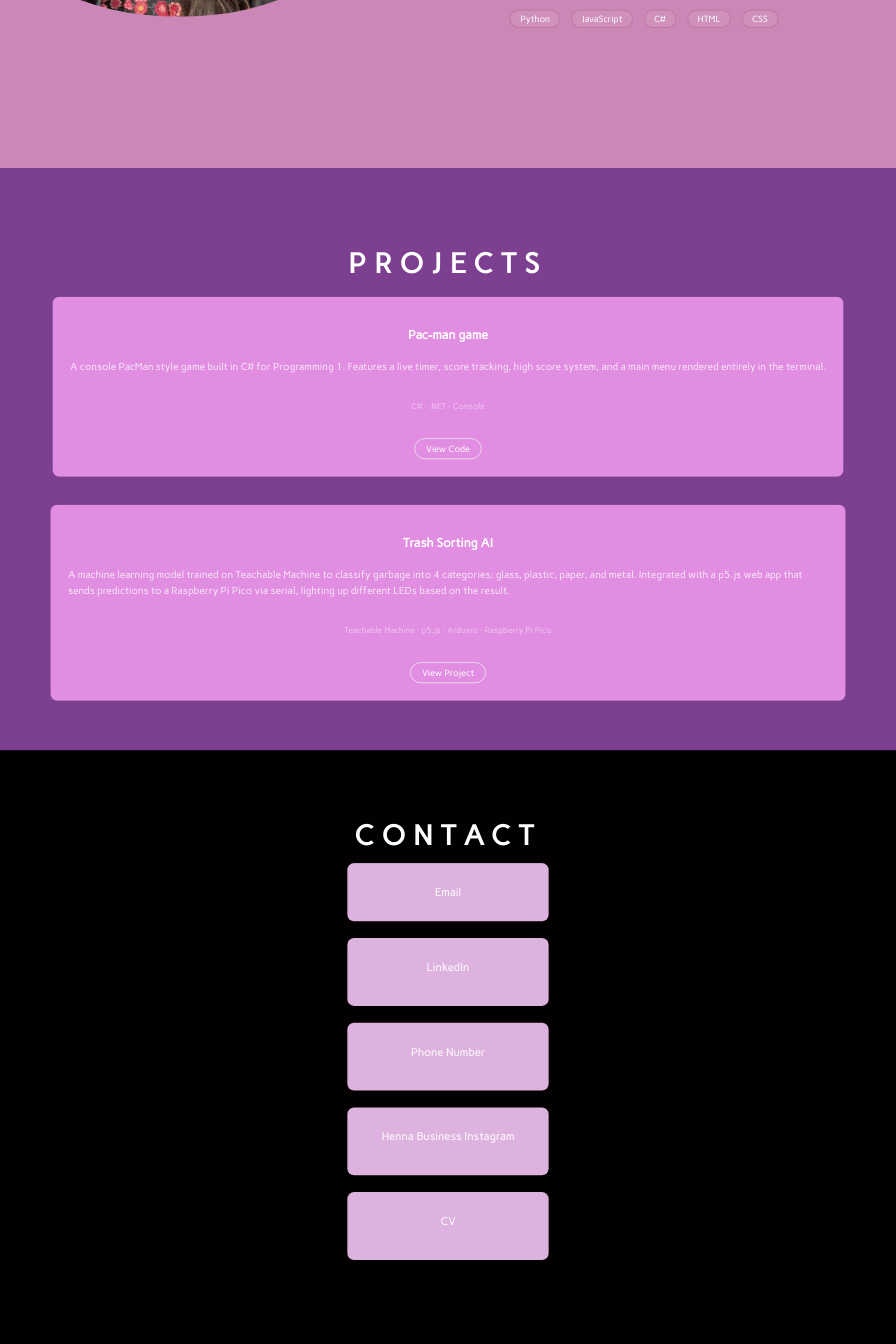
Repository: Rameen-A/Rameen-A
Page: index.html
The author's editor kept a copy of each file at every save. The page is drawn from the files as they stood at one save, then again after the next save.
The browser window is 1280 px wide. The pictures show the part of the page from y = 1240 to 3160 px (the page is 3160 px tall), at 70% of full size.

Above is the page before, as saved 2026-05-07 22:42:42.

After the next save:
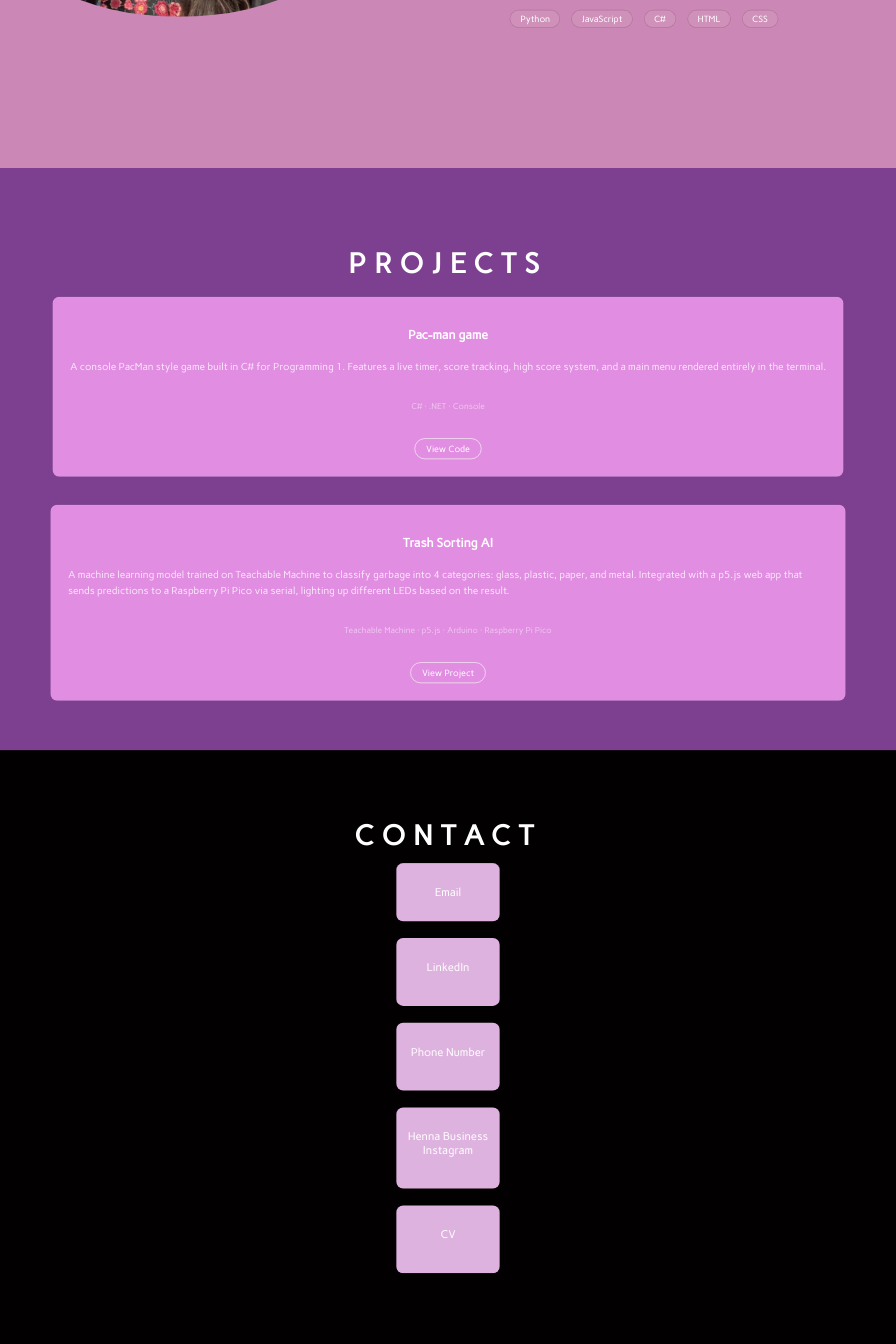
Saved 4 min 20 s later.
--- a/styles/index.css
+++ b/styles/index.css
@@ -320,4 +320,8 @@
   .contact h2 {
     font-size: 2.5rem;
   }
-}
+  .contact-card {
+    width: 40%;
+    max-width: 24rem;
+  }
+}

After the save that followed:
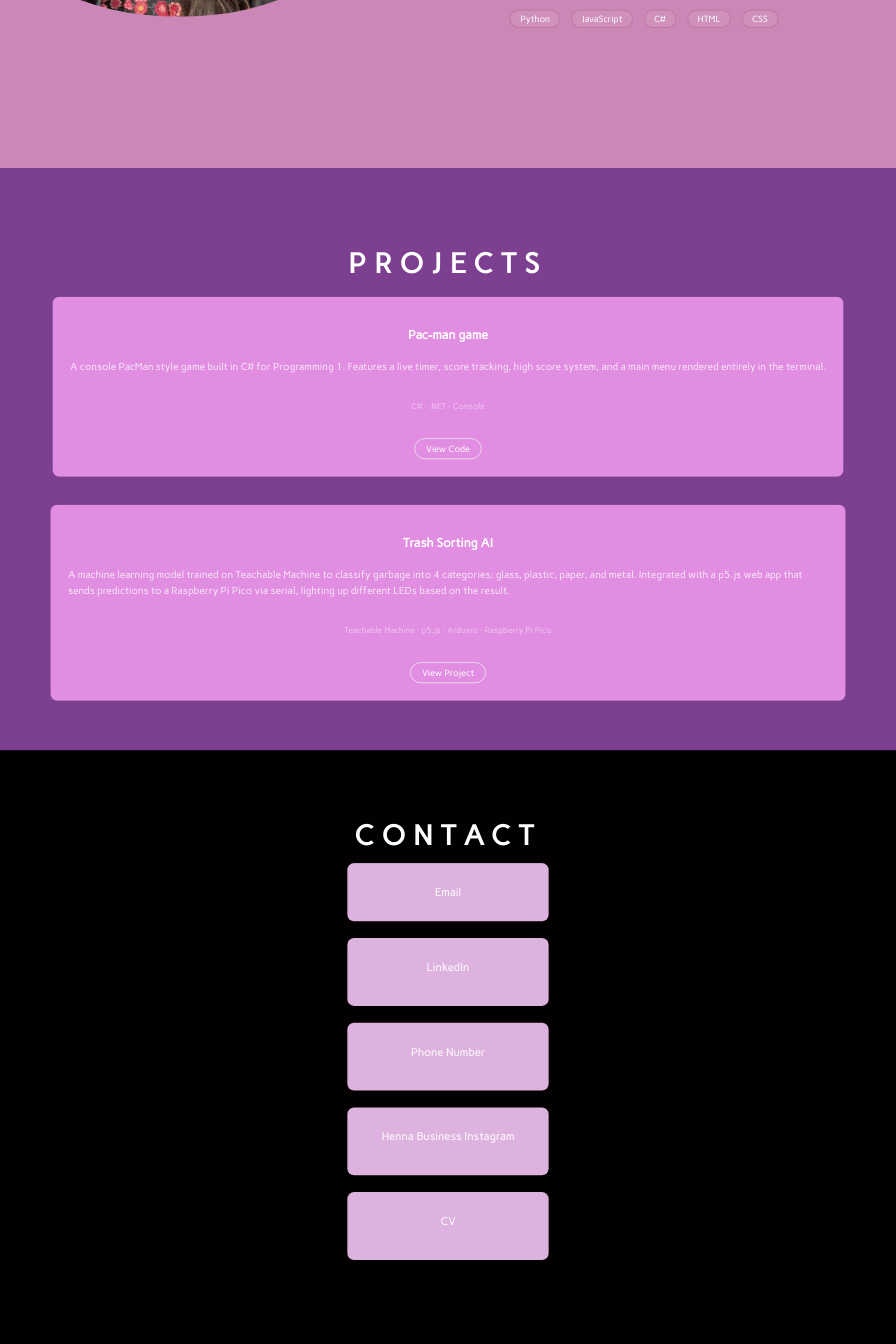
Saved 12 min 38 s later.
--- a/styles/index.css
+++ b/styles/index.css
@@ -320,8 +320,7 @@
   .contact h2 {
     font-size: 2.5rem;
   }
-  .contact-card {
-    width: 40%;
-    max-width: 24rem;
-  }
-}
+
+
+
+}
